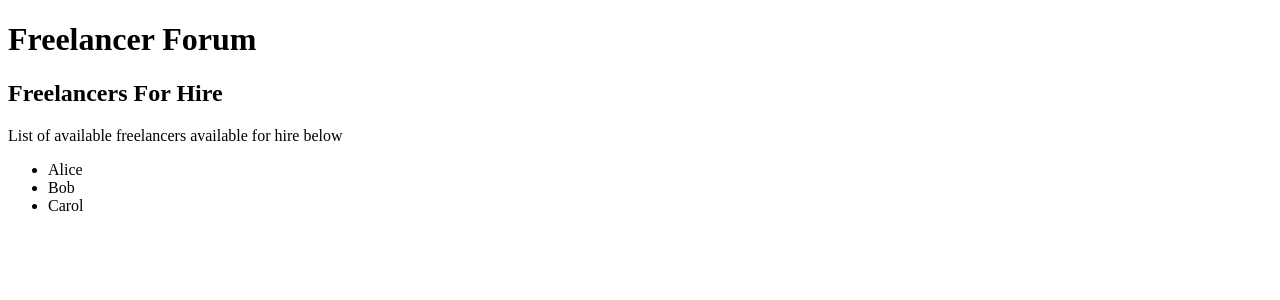
Repository: MelindaN14/Unit2.FreelancerForum
Page: forum/app.html
An editor plug-in stored every save of this project. The page is shown before and after a run of saves, followed by the edit.
The browser window is 1280 px wide. The pictures show the whole page.

Above is the page before, as saved 2024-04-10 20:36:40.

### forum/app.html
<!DOCTYPE html>
<html lang="en">
  <head>
    <meta charset="UTF-8" />
    <meta name="viewport" content="width=device-width, initial-scale=1.0" />
    <title>Document</title>
    <script src="app.js"></script>
  </head>
  <body>
    <h1>Freelancer Forum</h1>
    <h2>Freelancers For Hire</h2>
    <p>List of available freelancers available for hire below</p>
    <td></td>
    <ul class="Freelancers">
      <li>Alice</li>
      <li>Bob</li>
      <li>Carol</li>
    </ul>
  </body>
</html>
<!-- write out names of the freelancers and their respective jobs
put them into a table? they want a new freelancer to be added and appear every few seconds and the aver
starting price -->

Loaded but not shown: forum/app.js (common file)

After the next 4 saves:
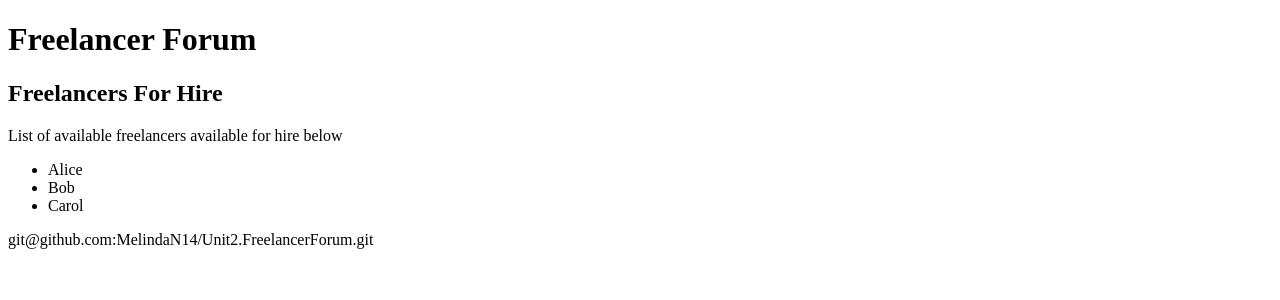
The 4 saves are shown as one change because they came seconds apart.
The last was saved 13 s later.
--- a/forum/app.html
+++ b/forum/app.html
@@ -10,12 +10,13 @@
     <h1>Freelancer Forum</h1>
     <h2>Freelancers For Hire</h2>
     <p>List of available freelancers available for hire below</p>
-    <td></td>
+    <td>
     <ul class="Freelancers">
       <li>Alice</li>
       <li>Bob</li>
       <li>Carol</li>
     </ul>
+    git@github.com:MelindaN14/Unit2.FreelancerForum.git
   </body>
 </html>
 <!-- write out names of the freelancers and their respective jobs

After the 4 saves that followed:
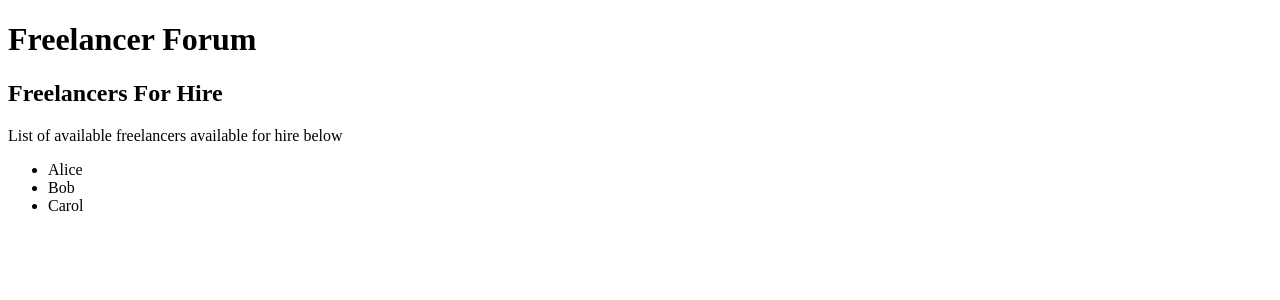
The 4 saves are shown as one change because they came seconds apart.
The last was saved 13 s later.
--- a/forum/app.html
+++ b/forum/app.html
@@ -16,7 +16,7 @@
       <li>Bob</li>
       <li>Carol</li>
     </ul>
-    git@github.com:MelindaN14/Unit2.FreelancerForum.git
+    </td>
   </body>
 </html>
 <!-- write out names of the freelancers and their respective jobs
